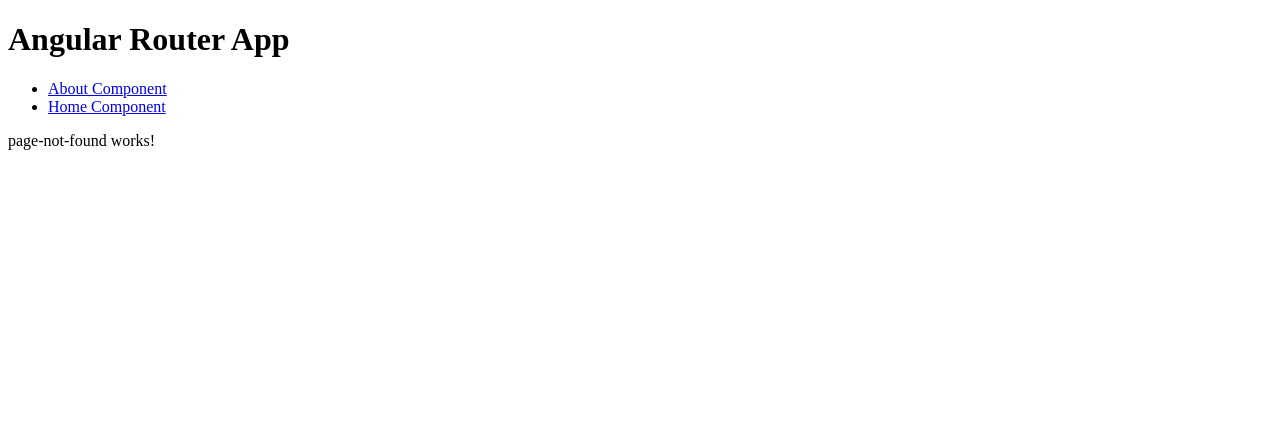
Repository: PhamTrungNguyen/Angular12
Page: / (app in Angular/)
An editor plug-in stored every save of this project. The page is shown before and after the next save, followed by the edit.
The browser window is 1280 px wide. The pictures show the whole page.
The project was rebuilt for these pictures with package versions that can differ from the ones it lists, and the page was loaded fresh each time. Also part of the build but not shown: Angular/angular.json, Angular/src/app/about/about.component.ts.

Above is the page before, as saved 2023-01-01 23:10:04.

After the next save:
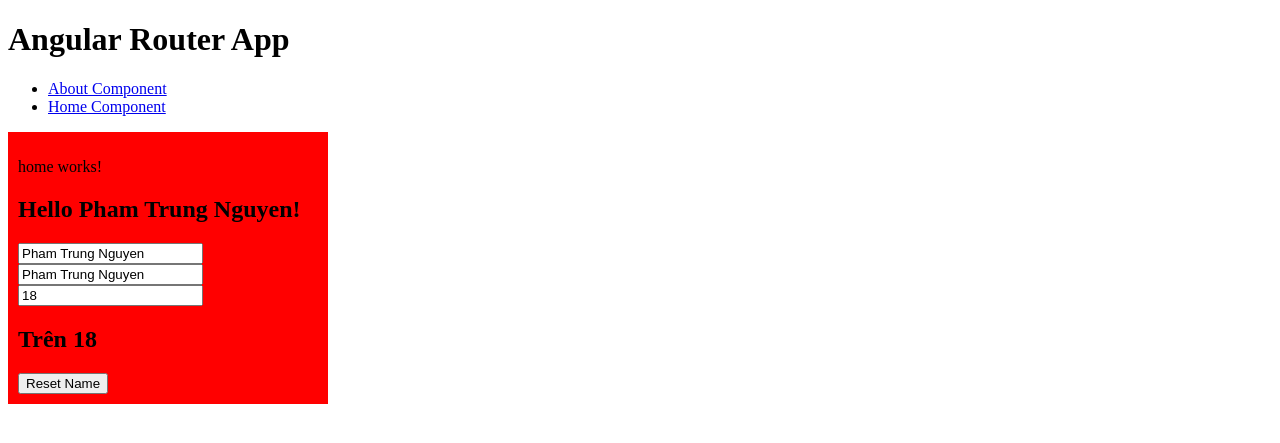
Saved 2 min 28 s later.
--- a/Angular/src/app/app-routing.module.ts
+++ b/Angular/src/app/app-routing.module.ts
@@ -7,6 +7,7 @@ import { RouterModule, Routes } from '@angular/router';
 const routes: Routes = [
   { path: 'about', component: AboutComponent },
   { path: 'home', component: HomeComponent },
+  { path: '', component: HomeComponent },
   { path: '**', component: PageNotFoundComponent },
 ];
 
